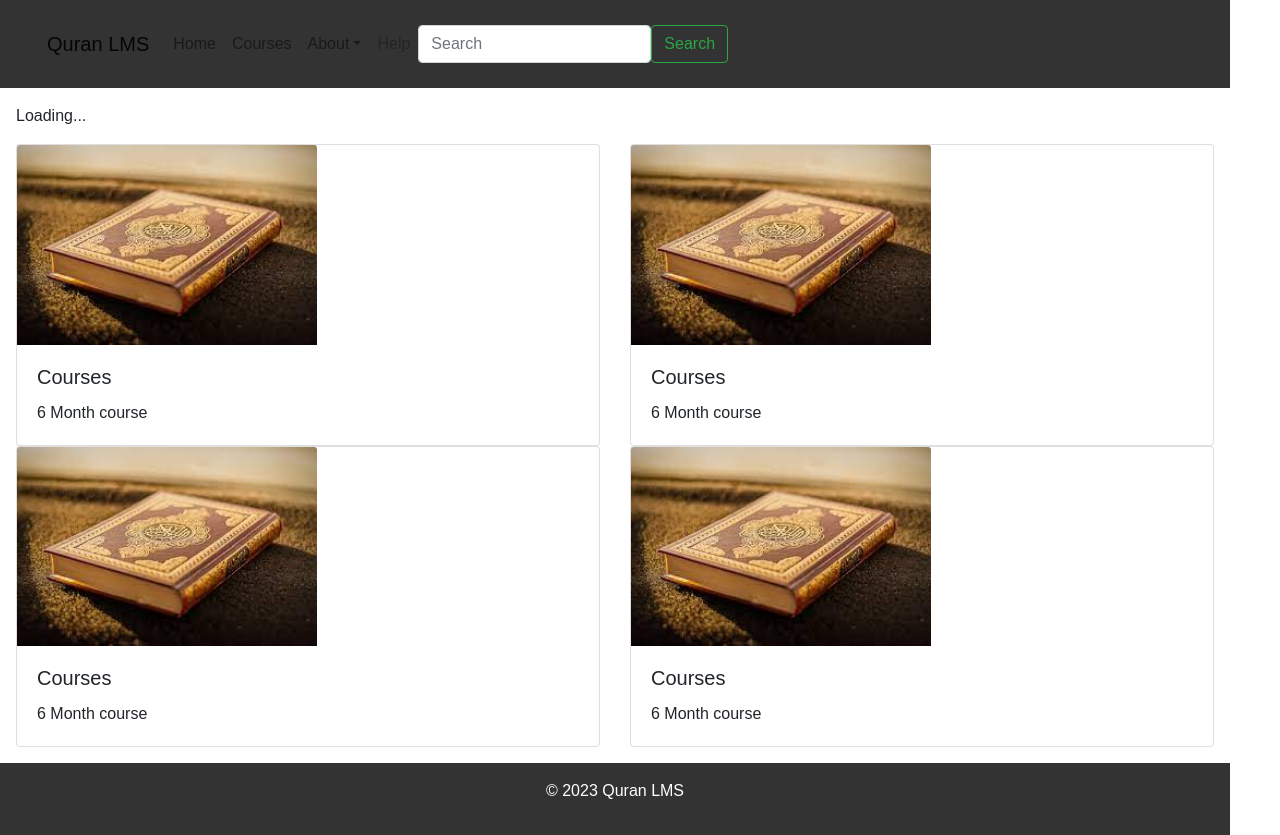
Repository: talha-mahmood/Quran-Lms-react
Page: /
These files come from the project's save history. The page is drawn as it stood at one moment and after the next save; the edit follows.
The browser window is 1280 px wide. The pictures show the whole page.
The page's requests for data from a server got no answer. The project was rebuilt for these pictures with package versions that can differ from the ones it lists, and the page was loaded fresh each time. No one was signed in, and anything a server would have sent is missing.

Above is the page before, as saved 2023-03-08 01:59:36.

### public/index.html
<!DOCTYPE html>
<html lang="en">
  <head>
    <meta charset="utf-8" />
    <link rel="icon" href="%PUBLIC_URL%/favicon.ico" />
    <meta name="viewport" content="width=device-width, initial-scale=1" />
    <meta name="theme-color" content="#000000" />
    <meta
      name="description"
      content="Web site created using create-react-app"
    />

    <link rel="apple-touch-icon" href="%PUBLIC_URL%/logo192.png" />
    <link rel="stylesheet" href="https://cdn.jsdelivr.net/npm/bootstrap@4.4.1/dist/css/bootstrap.min.css" integrity="sha384-Vkoo8x4CGsO3+Hhxv8T/Q5PaXtkKtu6ug5TOeNV6gBiFeWPGFN9MuhOf23Q9Ifjh" crossorigin="anonymous">
    <script src="https://code.jquery.com/jquery-3.4.1.slim.min.js" integrity="sha384-J6qa4849blE2+poT4WnyKhv5vZF5SrPo0iEjwBvKU7imGFAV0wwj1yYfoRSJoZ+n" crossorigin="anonymous"></script>
   <script src="https://cdn.jsdelivr.net/npm/popper.js@1.16.0/dist/umd/popper.min.js" integrity="sha384-Q6E9RHvbIyZFJoft+2mJbHaEWldlvI9IOYy5n3zV9zzTtmI3UksdQRVvoxMfooAo" crossorigin="anonymous"></script>
   <script src="https://cdn.jsdelivr.net/npm/bootstrap@4.4.1/dist/js/bootstrap.min.js" integrity="sha384-wfSDF2E50Y2D1uUdj0O3uMBJnjuUD4Ih7YwaYd1iqfktj0Uod8GCExl3Og8ifwB6" crossorigin="anonymous"></script>
    <!--
      manifest.json provides metadata used when your web app is installed on a
      user's mobile device or desktop. See https://developers.google.com/web/fundamentals/web-app-manifest/
    -->
    <link rel="manifest" href="%PUBLIC_URL%/manifest.json" />
    <!--
      Notice the use of %PUBLIC_URL% in the tags above.
      It will be replaced with the URL of the `public` folder during the build.
      Only files inside the `public` folder can be referenced from the HTML.

      Unlike "/favicon.ico" or "favicon.ico", "%PUBLIC_URL%/favicon.ico" will
      work correctly both with client-side routing and a non-root public URL.
      Learn how to configure a non-root public URL by running `npm run build`.
    -->
    <title>React App</title>
  </head>
  <body>
    <noscript>You need to enable JavaScript to run this app.</noscript>
    <div id="root"></div>

    <!--
      This HTML file is a template.
      If you open it directly in the browser, you will see an empty page.

      You can add webfonts, meta tags, or analytics to this file.
      The build step will place the bundled scripts into the <body> tag.

      To begin the development, run `npm start` or `yarn start`.
      To create a production bundle, use `npm run build` or `yarn build`.
    -->
  </body>
</html>

### src/App.js
import './App.css';
import React,{Component} from 'react';
import Button from 'react-bootstrap/Button';
import Container from 'react-bootstrap/Container';
import Form from 'react-bootstrap/Form';
import Nav from 'react-bootstrap/Nav';
import Navbar from 'react-bootstrap/Navbar';
import NavDropdown from 'react-bootstrap/NavDropdown';
import Card from 'react-bootstrap/Card';
import Col from 'react-bootstrap/Col';
import Row from 'react-bootstrap/Row';
import myimg from './download.jpeg'
class QuranLMS extends Component {
  state = {
    verses: [],
    isLoading: true
  };

  async componentDidMount() {
    const response = await fetch("https://api.quran.com/api/v4/quran/verses/uthmani?chapter_number=1");
    const data = await response.json();
    this.setState({
      verses: data.verses,
      isLoading: false
    });
  }

  render() {
    const { verses, isLoading } = this.state;
    return (
      <div>


          <div>
          <header>
          <Navbar bg="" expand="lg" >
      <Container fluid>
        <Navbar.Brand href="#" >Quran LMS</Navbar.Brand>
        <Navbar.Toggle aria-controls="navbarScroll" />
        <Navbar.Collapse id="navbarScroll">
          <Nav
            className="me-auto my-2 my-lg-0"
            style={{ maxHeight: '100px' }}
            navbarScroll
          >
            <Nav.Link href="#action1">Home</Nav.Link>
            <Nav.Link href="#action2">Courses</Nav.Link>
            <NavDropdown title="About" id="navbarScrollingDropdown">
              <NavDropdown.Item href="#action3">Register</NavDropdown.Item>
              <NavDropdown.Item href="#action4">
                Another action
              </NavDropdown.Item>
              <NavDropdown.Divider />
              <NavDropdown.Item href="#action5">
                Something else here
              </NavDropdown.Item>
            </NavDropdown>
            <Nav.Link href="#" disabled>
              Help
            </Nav.Link>
          </Nav>
          <Form className="d-flex">
            <Form.Control
              type="search"
              placeholder="Search"
              className="me-2"
              aria-label="Search"
            />
            <Button variant="outline-success">Search</Button>
          </Form>
        </Navbar.Collapse>
      </Container>
    </Navbar>
    </header>
          </div>



        <main>
          {isLoading ? (
            <p>Loading...</p>
          ) : (
            verses.map((verse) => (
              <p key={verse.id}>{verse.text_uthmani}</p>
            ))
          )}
          <div>
          <Row xs={1} md={2} className="g-4">
      {Array.from({ length: 4 }).map((_, idx) => (
        <Col>
          <Card>
            <Card.Img variant="top" src={myimg} />

            <Card.Body>
              <Card.Title>Courses</Card.Title>
              <Card.Text>
                6 Month course
              </Card.Text>
            </Card.Body>
          </Card>
        </Col>
      ))}
    </Row>
          </div>

        </main>
        <footer>
          <p>&copy; 2023 Quran LMS</p>
        </footer>
      </div>
    );
  }
}

export default QuranLMS;

### src/App.css
body {
  font-family: Arial, sans-serif;
  margin: 0;
  display:flex;
  flex:1;
}

header {
  background-color: #333;
  color: #fff;
  padding: 1em;
}

header h1 {
  margin: 0;
}

main {
  padding: 1em;
}

footer {
  background-color: #333;
  color: #fff;
  padding: 1em;
  text-align: center;
}
img{
  max-height:200px;
  max-width:300px;
}

Loaded but not shown: src/index.js (common file); src/index.css (common file); src/reportWebVitals.js (common file)

After the next save:
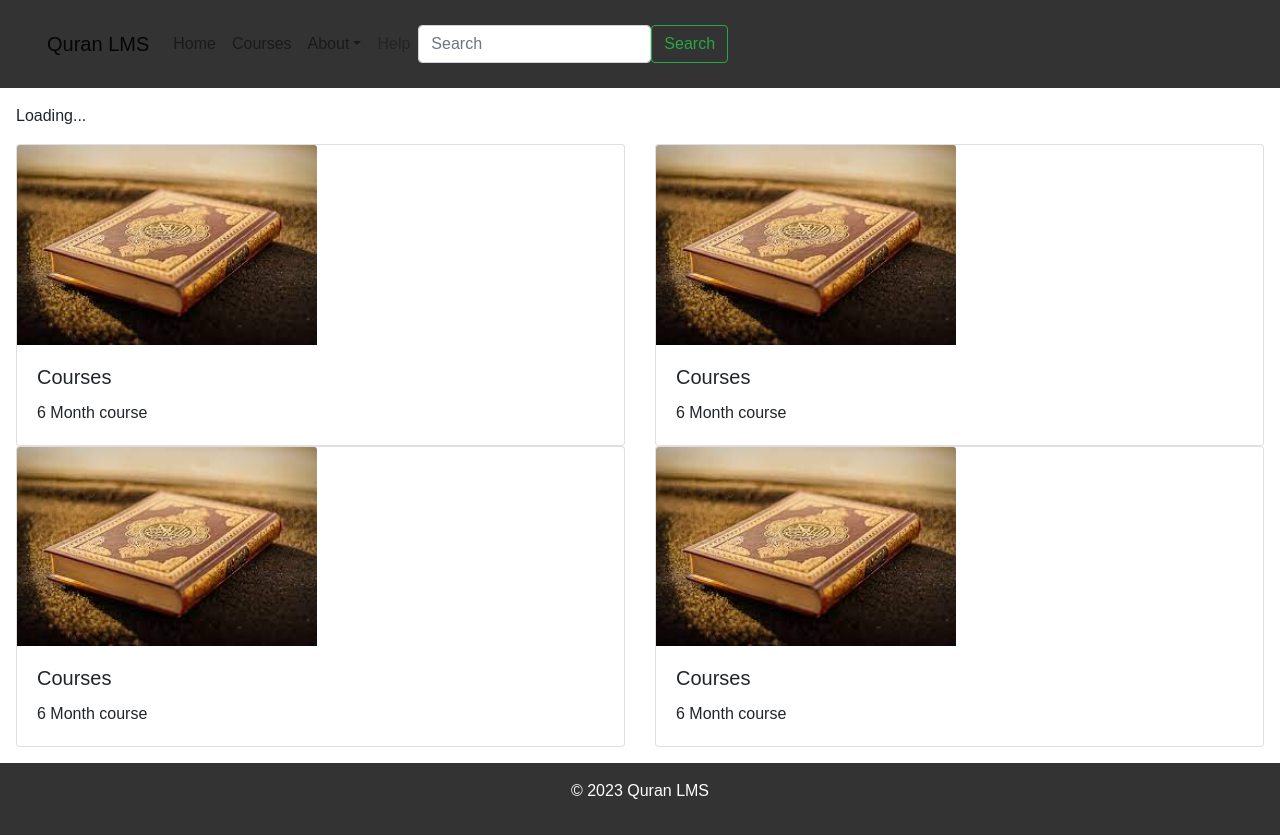
Saved 7 s later.
--- a/src/App.css
+++ b/src/App.css
@@ -1,8 +1,7 @@
 body {
   font-family: Arial, sans-serif;
   margin: 0;
-  display:flex;
-  flex:1;
+
 }
 
 header {
